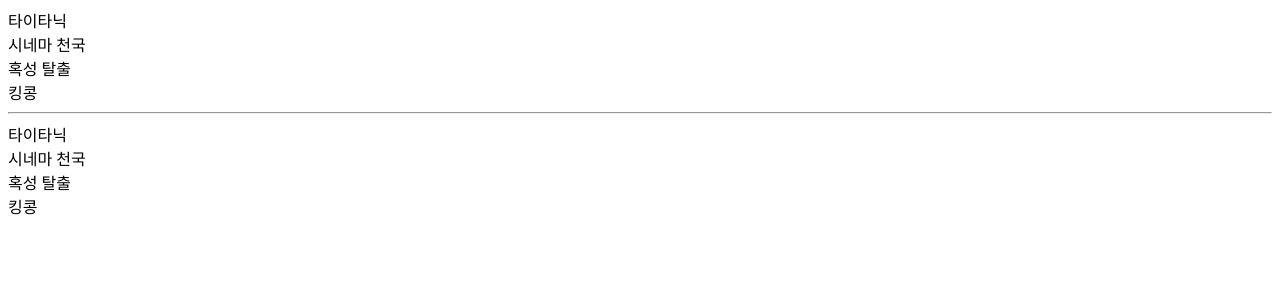
Repository: sinaboro/JSP201310
Page: http://localhost/web-study-07/14_moviesList.jsp
An editor plug-in stored every save of this project. The page is shown before and after the next save, followed by the edit.
The browser window is 1280 px wide. The pictures show the whole page.
The page is served by Tomcat 9.

Above is the page before, as saved 2023-10-12 03:11:58.

### web-study-07/src/main/webapp/14_moviesList.jsp
<%@ page language="java" contentType="text/html; charset=UTF-8"
    pageEncoding="UTF-8"%>
<%@ taglib uri="http://java.sun.com/jsp/jstl/core" prefix="c" %>
<!DOCTYPE html>
<html>
<head>
<meta charset="UTF-8">
<title>Insert title here</title>
</head>
<body>
<%
	String[] movieList = {"타이타닉", "시네마 천국", "혹성 탈출", "킹콩"};
	request.setAttribute("movieList", movieList);
%>

<c:forEach var="movie" items="${movieList}">
	${movie} <br>
</c:forEach>
<hr>

<c:forEach var="movie" items="${movieList}">
	${movie} <br>
</c:forEach>

</body>
</html>

After the next save:
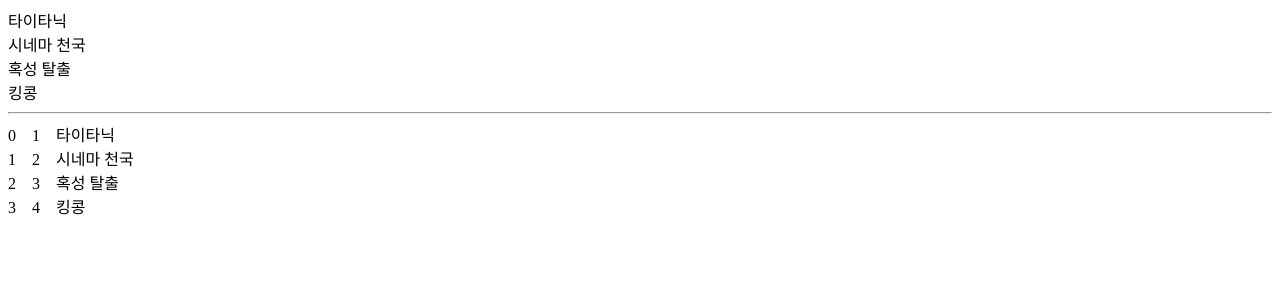
Saved 75 s later.
--- a/web-study-07/src/main/webapp/14_moviesList.jsp
+++ b/web-study-07/src/main/webapp/14_moviesList.jsp
@@ -18,7 +18,9 @@
 </c:forEach>
 <hr>
 
-<c:forEach var="movie" items="${movieList}">
+<c:forEach var="movie" items="${movieList}" varStatus="status">
+	${status.index} &nbsp;&nbsp;
+	${status.count} &nbsp;&nbsp;
 	${movie} <br>
 </c:forEach>
 
